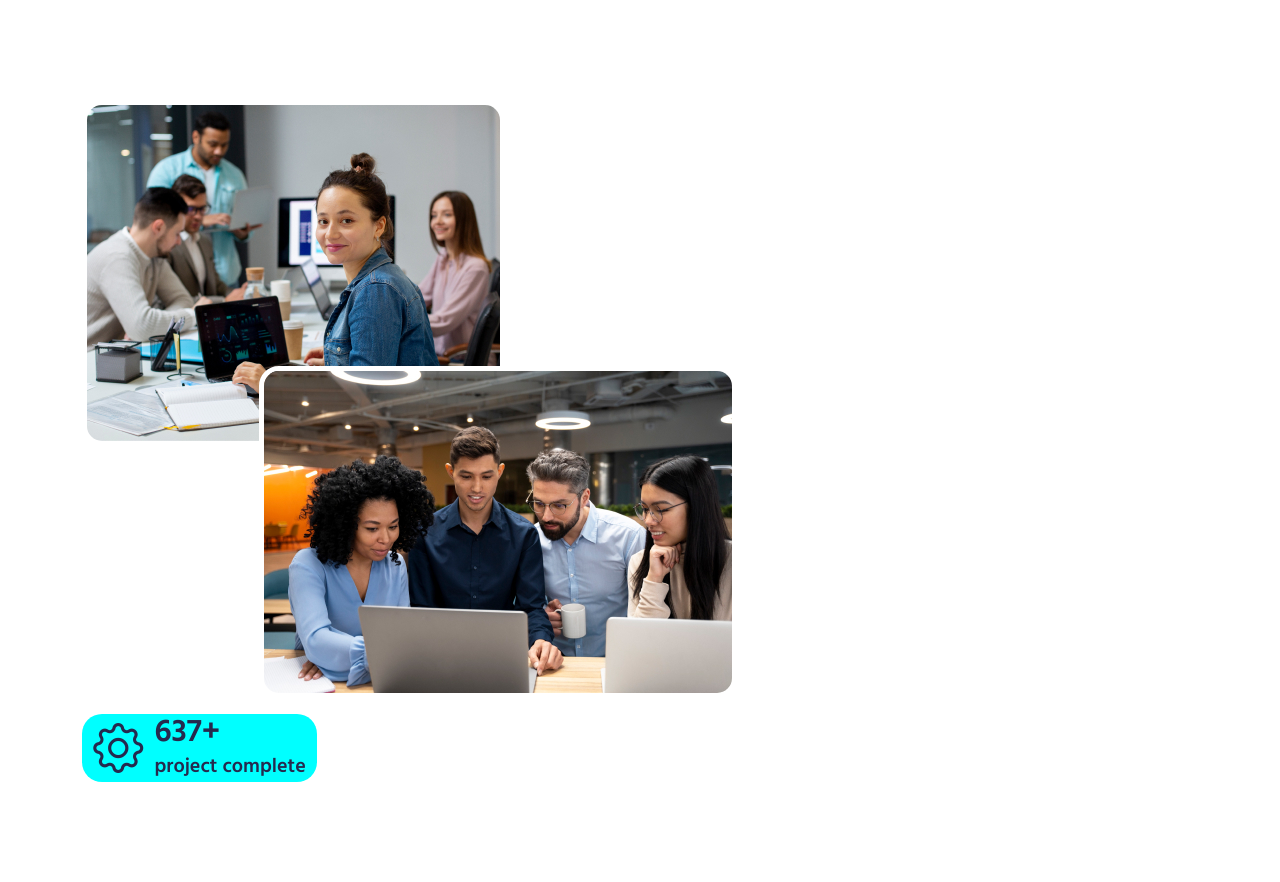
Repository: tagnam/mirehel2.0
Page: about.html
These files come from the project's save history. The page is drawn as it stood at one moment and after a run of saves; the edit follows.
The browser window is 1280 px wide. The pictures show the whole page.

Above is the page before, as saved 2025-02-03 12:09:56.

After the next 2 saves:
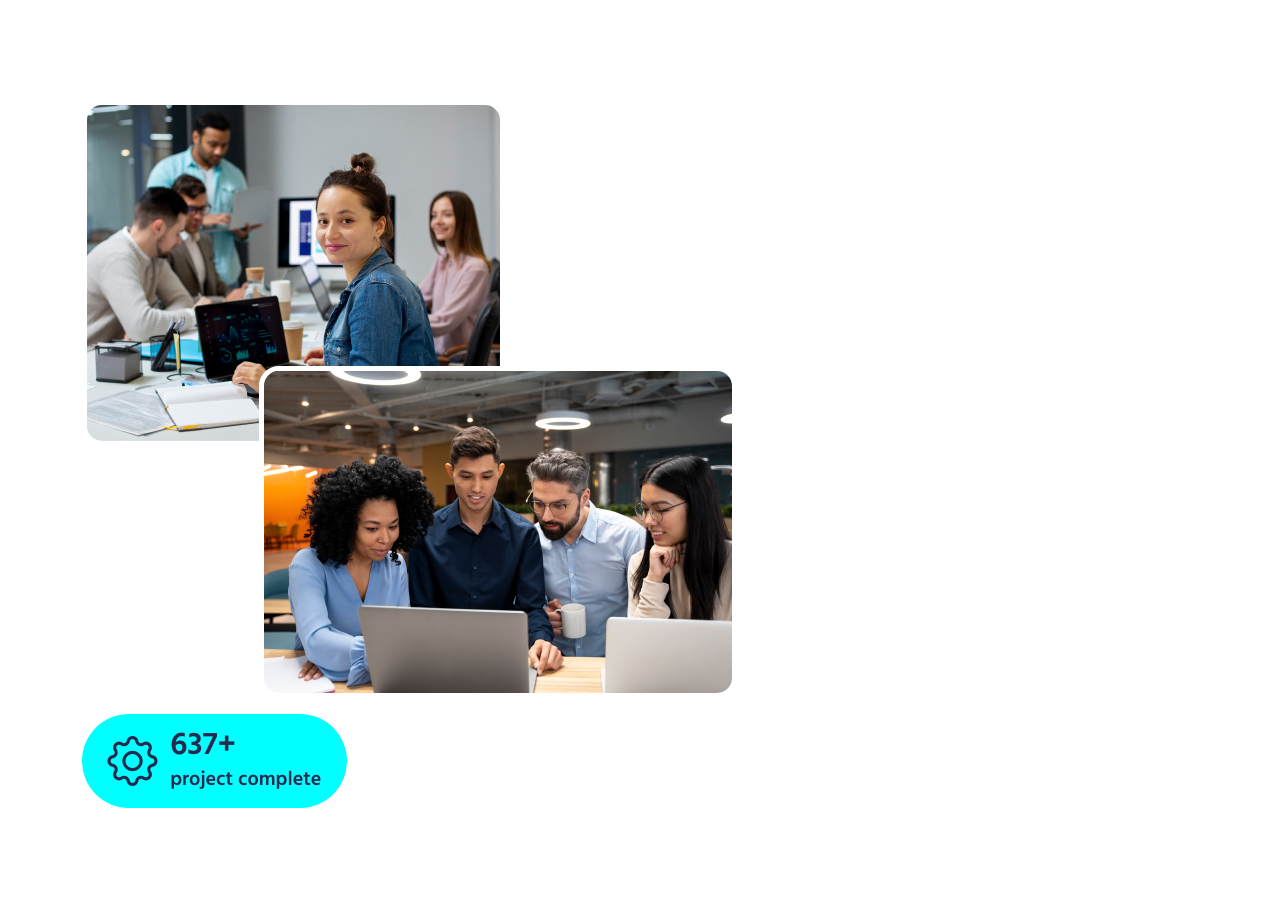
The 2 saves are shown as one change because they came seconds apart.
The last was saved 70 s later.
--- a/style/css/style.css
+++ b/style/css/style.css
@@ -452,12 +452,13 @@ linear-gradient(180deg, red 0%, #00000000 90.04%) border-box;
 }
 
 .project-counter{
-    width: 235px;
+    width: 265px;
     background-color: aqua;
     display: flex;
     justify-content: space-evenly;
-    border-radius: 20px;
-    align-items: center;
+    border-radius: 100px 100px 100px 100px;
+    align-items: center;
+    padding: 13px;
 }
 
 .project-icon .bi{
